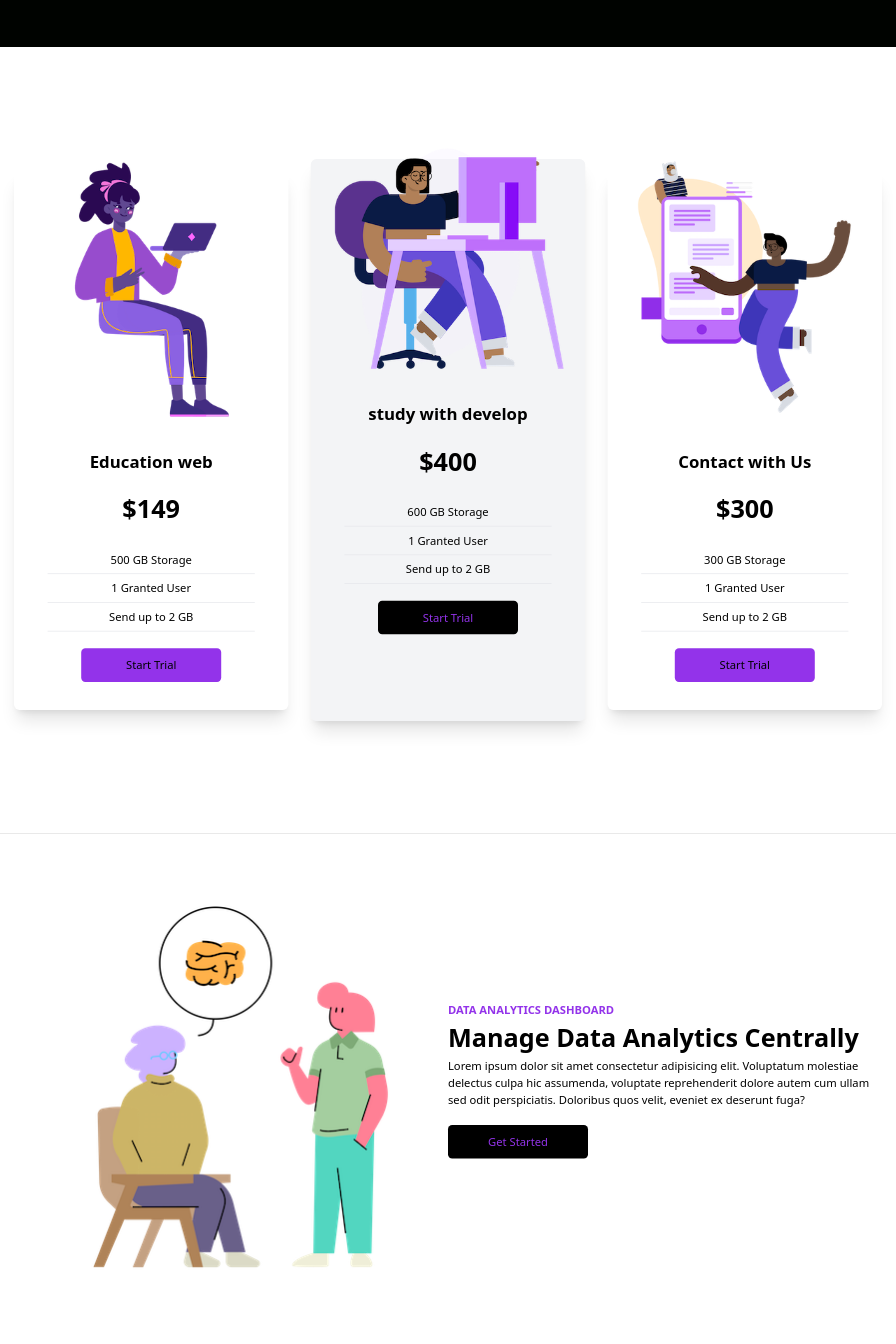
Repository: OmniaRafat232111121/tailwindreact
Page: /
An editor plug-in stored every save of this project. The page is shown before and after a run of saves, followed by the edit.
The browser window is 1280 px wide. The pictures show the part of the page from y = 653 to 2573 px (the page is 2573 px tall), at 70% of full size.
The project was rebuilt for these pictures with package versions that can differ from the ones it lists, and the page was loaded fresh each time.

Above is the page before, as saved 2022-09-11 13:30:06.

After the next 3 saves:
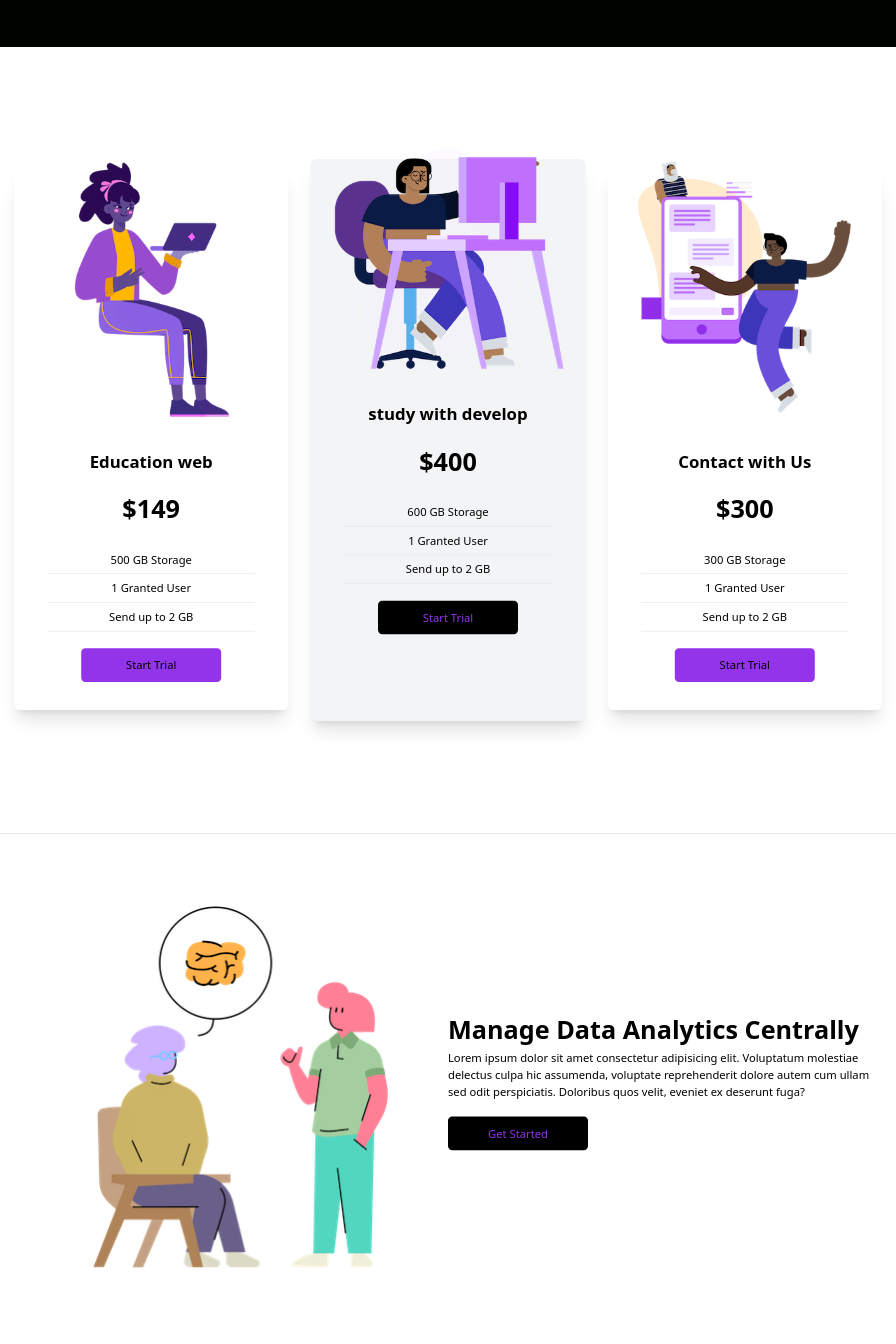
The 3 saves are shown as one change because they came seconds apart.
The last was saved 41 s later.
--- a/src/components/Analytics.jsx
+++ b/src/components/Analytics.jsx
@@ -7,7 +7,7 @@ const Analytics = () => {
       <div className='max-w-[1240px] mx-auto grid md:grid-cols-2'>
         <img className='w-[500px] mx-auto my-4' src={Laptop} alt='/' />
         <div className='flex flex-col justify-center'>
-          <p className='text-purple-600 font-bold '>DATA ANALYTICS DASHBOARD</p>
+          <p className='text-purple-600 font-bold '></p>
           <h1 className='md:text-4xl sm:text-3xl text-2xl font-bold py-2'>Manage Data Analytics Centrally</h1>
           <p>
             Lorem ipsum dolor sit amet consectetur adipisicing elit. Voluptatum
